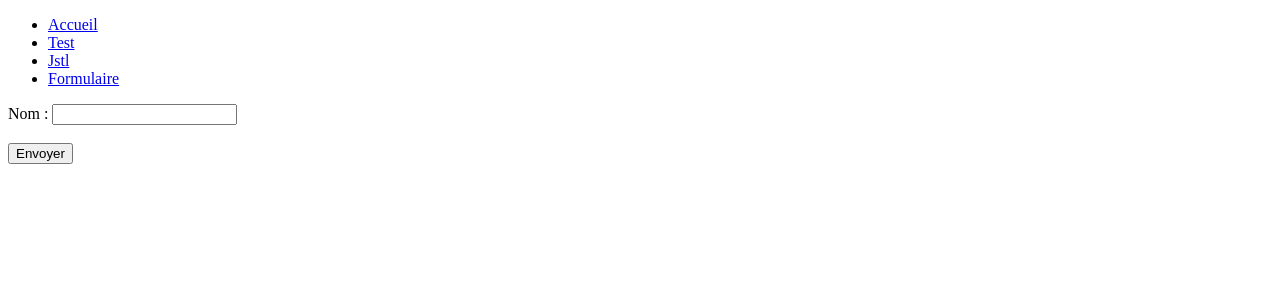
Repository: khadimniass/AppliTestJEE
Page: http://localhost/test/Formulaire
An editor plug-in stored every save of this project. The page is shown before and after the next save, followed by the edit.
The browser window is 1280 px wide. The pictures show the whole page.
The page is served by Tomcat 9.

Above is the page before, as saved 2020-07-07 23:32:20.

After the next save:
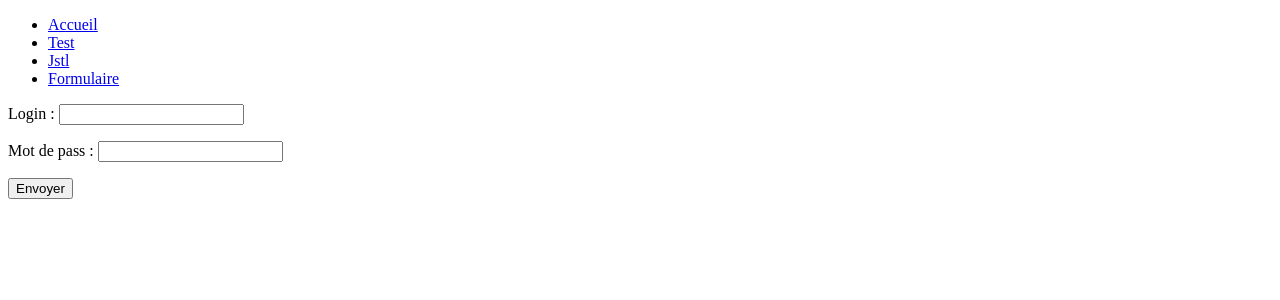
Saved 3 min 24 s later.
--- a/test/WebContent/WEB-INF/formulaire.jsp
+++ b/test/WebContent/WEB-INF/formulaire.jsp
@@ -12,8 +12,15 @@
 <%-- <c:if test="${!empty nom}"><p><c:out value="Bonjour Tu t'appel ${nom }" /></p></c:if> --%>
 
 	<form method="post" action="Formulaire">
-	<label for ="nom">Nom : </label>
-	<input type="text" name="nom" id="nom" /></br></br>
+	<p>
+	<label for ="log">Login : </label>
+	<input type="text" name="login" id="log" />
+	</p>
+
+	<p>
+	<label for ="pass">Mot de pass : </label>
+	<input type="password" name="pass" id="pass" />
+	</p>
 
 	<input type="submit" value="Envoyer"/>
 	</form>
